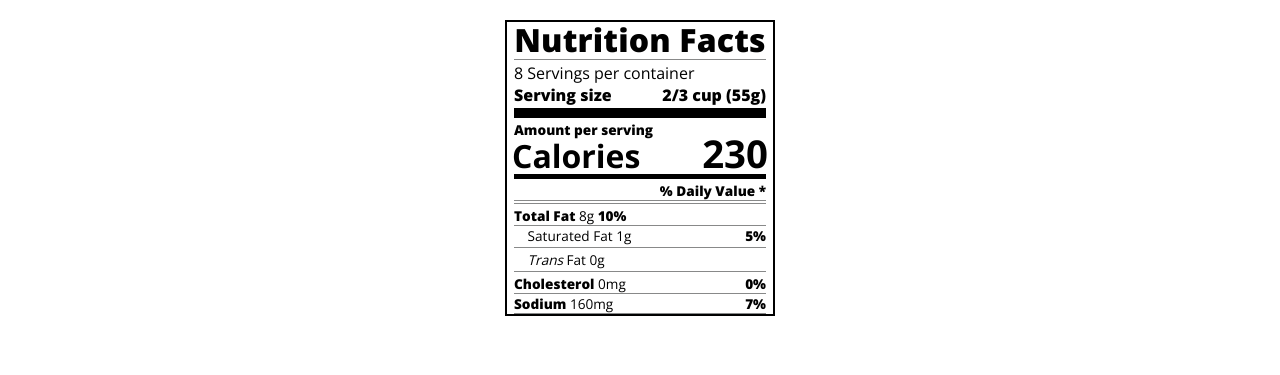
Repository: Lungdjos/typography
Page: index.html
The author's editor kept a copy of each file at every save. The page is drawn from the files as they stood at one save, then again after the next save.
The browser window is 1280 px wide. The pictures show the whole page.

Above is the page before, as saved 2023-10-28 02:25:08.

### index.html
<!DOCTYPE html>
<html lang="en">

<head>
    <meta charset="UTF-8">
    <meta name="viewport" content="width=device-width, initial-scale=1.0">
    <title>Nutrition Label</title>
    <link rel="stylesheet" href="styles.css">
    <link rel="stylesheet" href="https://fonts.googleapis.com/css?family=Open+Sans:400,700,800">
</head>

<body>
    <div class="label">
        <header>
            <h1 class="bold">Nutrition Facts</h1>
            <div class="divider"></div>
            <p>8 Servings per container</p>
            <p class="bold">Serving size <span>2/3 cup (55g)</span></p>
        </header>
        <div class="divider large"></div>
        <div class="calories-info">
            <div class="left-container">
                <h2 class="bold small-text">Amount per serving</h2>
                <p>Calories</p>
            </div>
            <span>230</span>
        </div>
        <div class="divider medium"></div>
        <div class="daily-value small-text">
            <p class="bold right">% Daily Value *</p>
            <div class="divider"></div>
            <p><span><span class="bold">Total Fat</span> 8g <span class="bold">10%</span></span>
            </p>
            <p class="indent no-divider">Saturated Fat 1g <span class="bold">5%</span></p>
            <div class="divider"></div>
            <p class="indent no-divider"><span><i>Trans</i> Fat 0g</span></p>
            <div class="divider"></div>
            <p><span><span class="bold">Cholesterol </span> 0mg</span> <span class="bold">0%</span></p>
            <p><span><span class="bold">Sodium</span> 160mg</span> <span class="bold">7%</span></p>

        </div>
    </div>

</body>

</html>

### styles.css
body {
    font-family: "Open Sans", sans-serif;
}

html {
    font-size: 16px;
}

.label {
    border: 2px solid black;
    width: 270px;
    margin: 20px auto;
    padding: 0 7px;
}

* {
    box-sizing: border-box;
}

header h1 {
    text-align: center;
    margin: -4px 0;
    letter-spacing: .15PX;
}

p {
    margin: 0;
    display: flex;
    justify-content: space-between;
}

.divider {
    border-bottom: 1px solid #888989;
    margin: 2px 0;
}

.bold {
    font-weight: 800;
}

.large {
    height: 10px;
}

.large,
.medium {
    background-color: black;
    border: 0;
}

.small-text {
    font-size: .85rem;
}

.calories-info h2 {
    margin: 0;
}

.calories-info {
    display: flex;
    justify-content: space-between;
    align-items: flex-end;
}

.left-container p {
    margin: -5px -2px;
    font-size: 2em;
    font-weight: 700;
}

.calories-info span {
    font-size: 2.4em;
    font-weight: 700;
    margin: -7px -2px;
}

.medium {
    height: 5px;
}

.right {
    justify-content: flex-end;
}

.indent {
    margin-left: 1em;
}

.daily-value p:not(.no-divider) {
    border-bottom: 1px solid #888989;
}

After the next save:
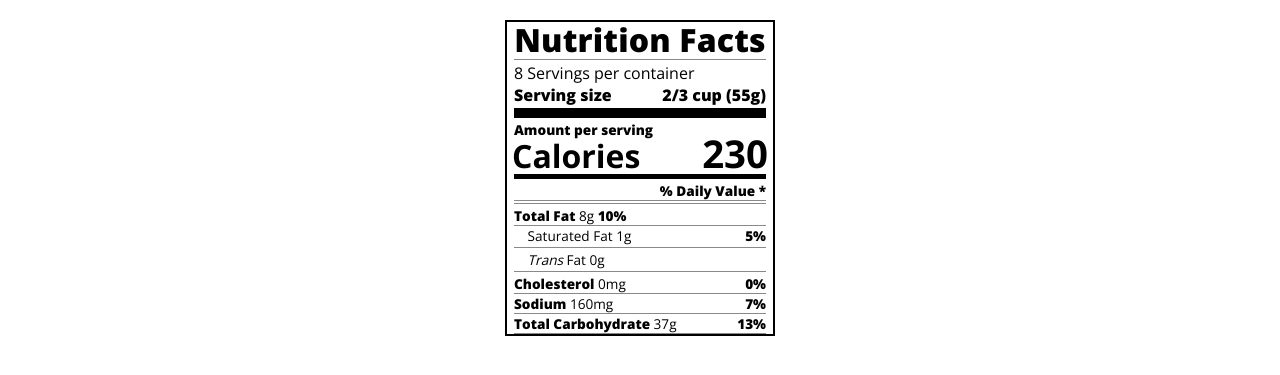
Saved 117 s later.
--- a/index.html
+++ b/index.html
@@ -37,7 +37,7 @@
             <div class="divider"></div>
             <p><span><span class="bold">Cholesterol </span> 0mg</span> <span class="bold">0%</span></p>
             <p><span><span class="bold">Sodium</span> 160mg</span> <span class="bold">7%</span></p>
-
+            <p><span><span class="bold">Total Carbohydrate</span> 37g</span> <span class="bold">13%</span></p>
         </div>
     </div>
 
